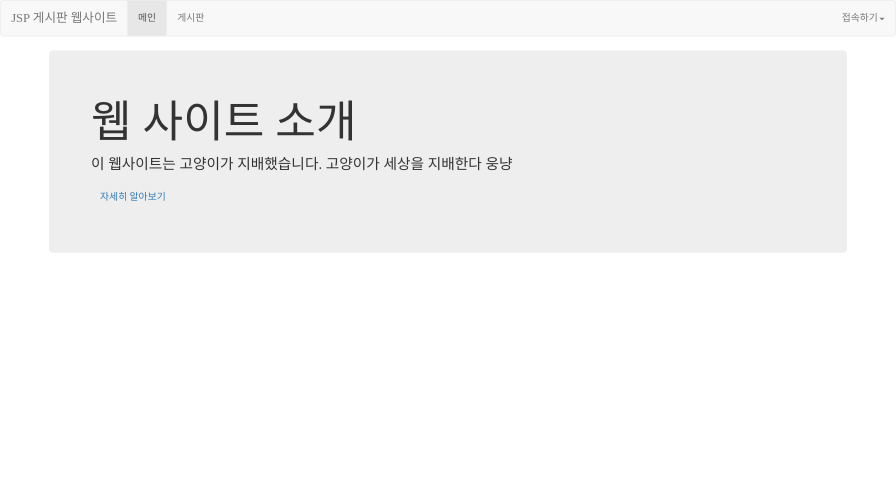
Repository: SweetFriedPotato/BandNote
Page: http://localhost/BBS/main.jsp
An editor plug-in stored every save of this project. The page is shown before and after the next save, followed by the edit.
The browser window is 1280 px wide. The pictures show the part of the page from y = 0 to 1920 px (the page is 720 px tall before and 4711 px after), at 70% of full size.
Some web fonts or font styles are not loaded; a fallback is used. Some web libraries are served in a nearby version. The page is served by Tomcat 9.

Above is the page before, as saved 2024-02-15 11:36:25.

After the next save:
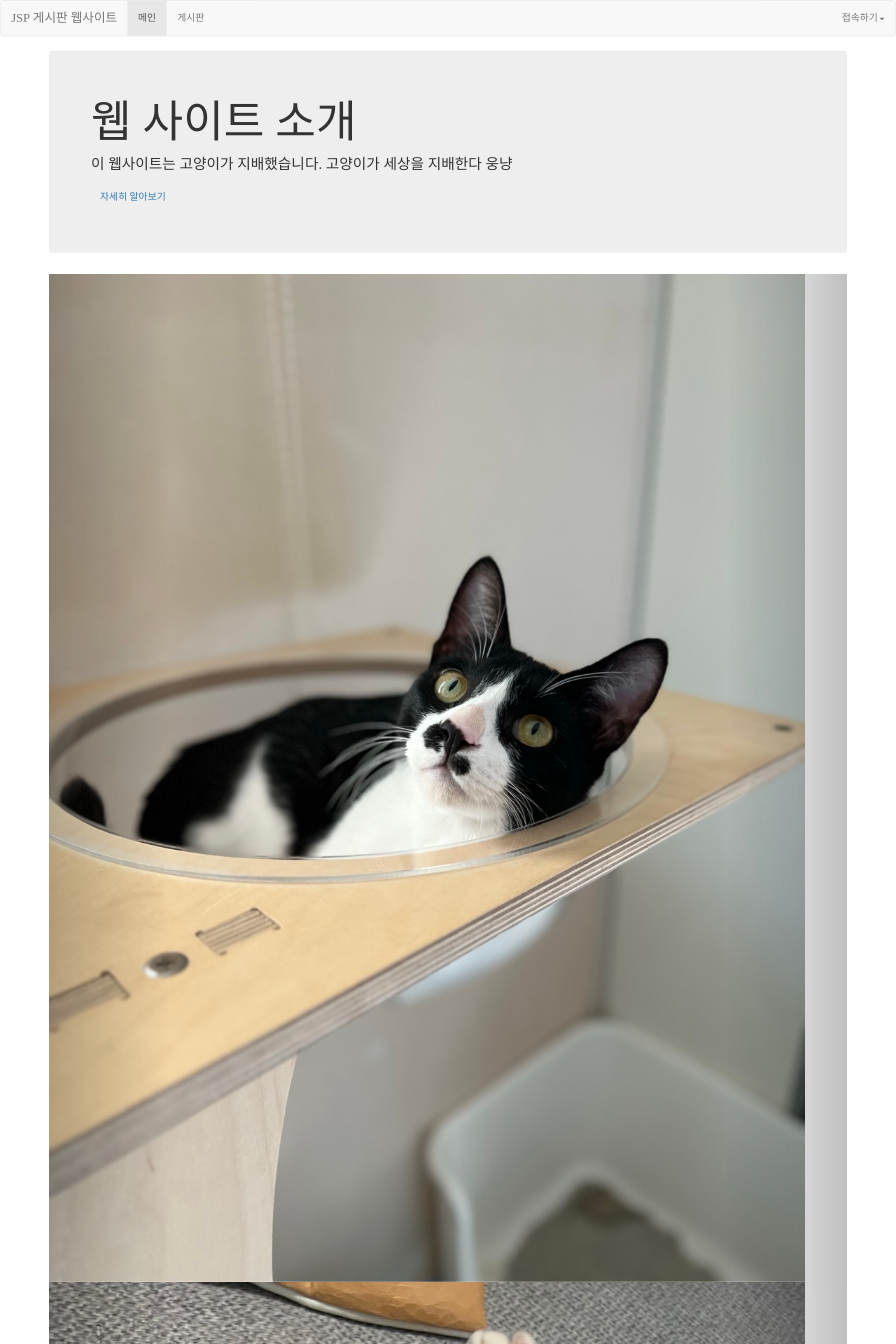
Saved 22 min 42 s later.
--- a/BBS/src/main/webapp/main.jsp
+++ b/BBS/src/main/webapp/main.jsp
@@ -77,6 +77,32 @@
 			<p><a class="btn btn=primary btn-pull" href="#" role="button">자세히 알아보기</a></p>
 		</div>
 	</div>
+	<div class="container">
+		<div id="myCarousel" class="carousel" data-ride="carousel">
+			<ol class="carousel-indicators">
+				<li data-target="#myCarousel" data-slide-to="0" class="active"></li>
+				<li data-target="#myCarousel" data-slide-to="1"></li>
+				<li data-target="#myCarousel" data-slide-to="2"></li>
+			</ol>
+			<div class="carousel-inner">
+				<div class="item active">
+					<img src="images/1.jpg">
+				</div>
+				<div class="item active">
+					<img src="images/2.jpg">
+				</div>
+				<div class="item active">
+					<img src="images/3.jpg">
+				</div>
+			</div>
+			<a class="left carousel-control" href="#myCarousel" data-slide="prev">
+				<span class="glyphicon-chevron-left"></span>
+			</a>
+			<a class="right carousel-control" href="#myCarousel" data-slide="next">
+				<span class="glyphicon-chevron-right"></span>
+			</a>
+		</div>
+	</div>
 
    <script src="https://code.jquery.com/jquery-3.1.1.min.js"></script>
    <script src="js/bootstrap.js"></script>
